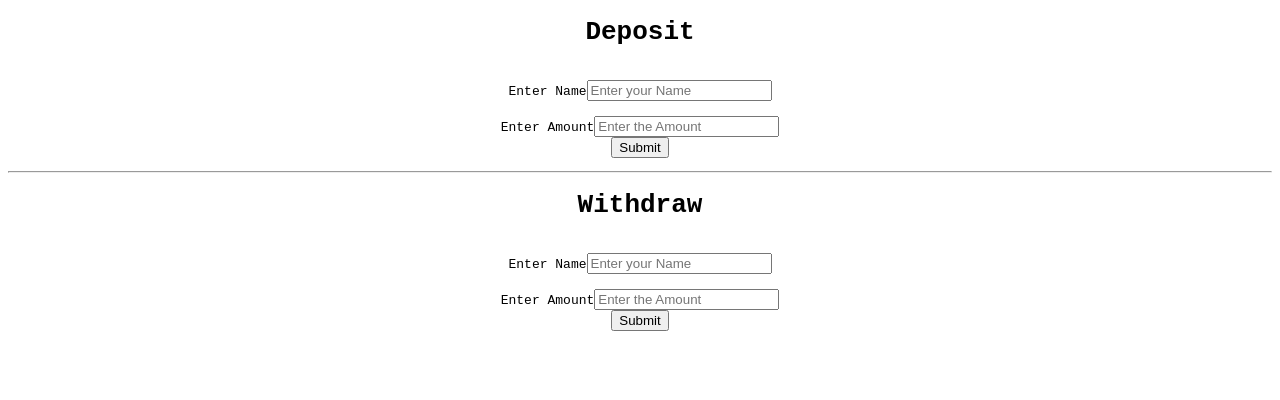
Repository: NarenD12/ProgramsFromTraining
Page: BankApp/WebContent/DepositWithdraw.html
These files come from the project's save history. The page is drawn as it stood at one moment and after the next save; the edit follows.
The browser window is 1280 px wide. The pictures show the whole page.

Above is the page before, as saved 2023-09-21 17:51:04.

After the next save:
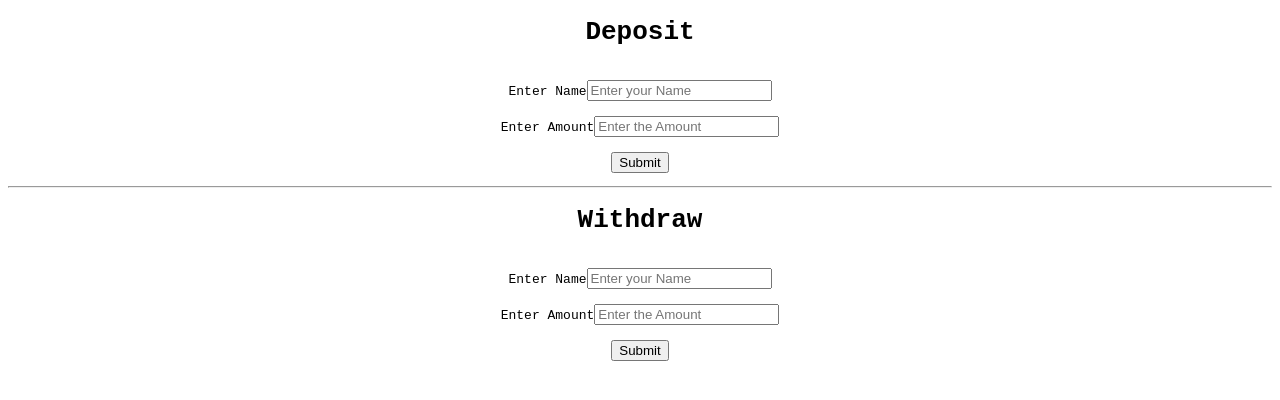
Saved 25 s later.
--- a/BankApp/WebContent/DepositWithdraw.html
+++ b/BankApp/WebContent/DepositWithdraw.html
@@ -12,7 +12,7 @@ body {text-align: center;}
 <pre>
 <h1>Deposit</h1>
 Enter Name<input type="text" name="name" placeholder="Enter your Name"><br>
-Enter Amount<input type="number" name="amount" placeholder="Enter the Amount">
+Enter Amount<input type="number" name="amount" placeholder="Enter the Amount"><br>
 <input type="submit">
 </pre>
 </form>
@@ -22,7 +22,7 @@ Enter Amount<input type="number" name="amount" placeholder="Enter the Amount">
 <pre>
 <h1>Withdraw</h1>
 Enter Name<input type="text" name="name" placeholder="Enter your Name"><br>
-Enter Amount<input type="number" name="amount" placeholder="Enter the Amount">
+Enter Amount<input type="number" name="amount" placeholder="Enter the Amount"><br>
 <input type="submit">
 </pre>
 </form>
